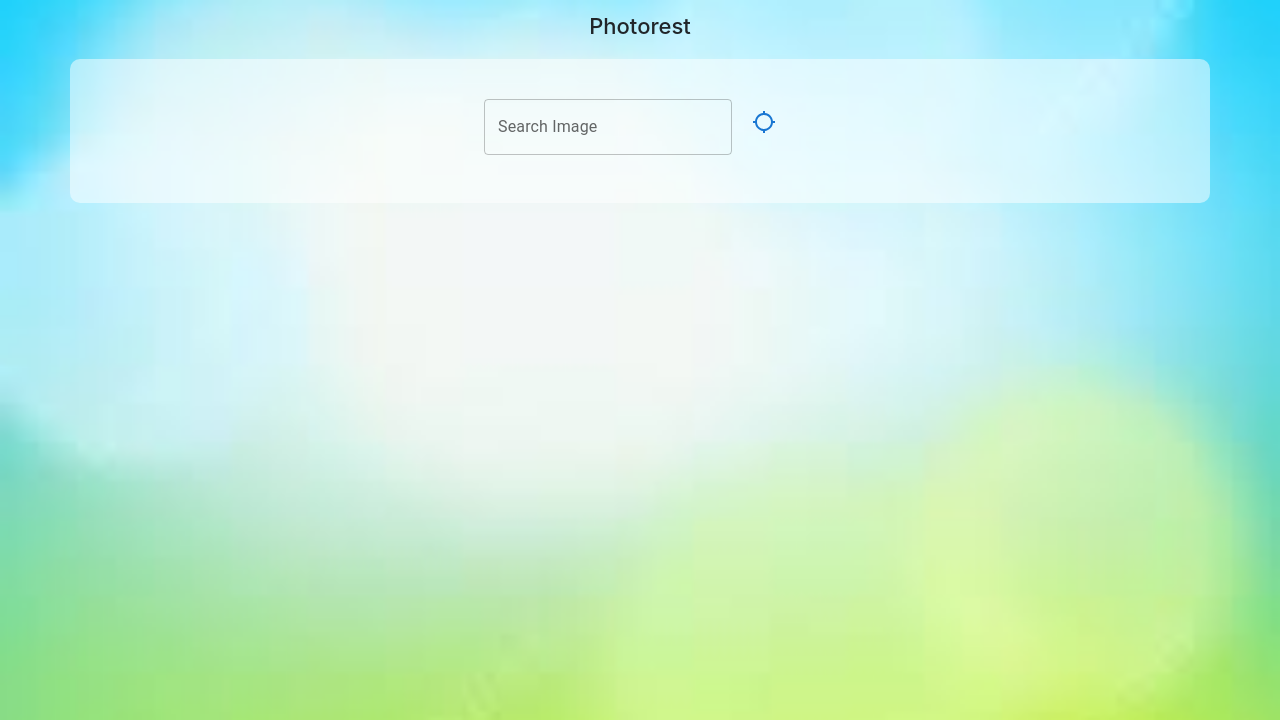
Repository: mohit78911/Snapshot
Page: /
An editor plug-in stored every save of this project. The page is shown before and after a run of saves, followed by the edit.
The browser window is 1280 px wide. The pictures show the whole page.
The project was rebuilt for these pictures with package versions that can differ from the ones it lists, and the page was loaded fresh each time. Also part of the build but not shown: src/snapshot/SnapshotCss.css, src/snapshot/SnapshotTable.js, src/snapshot/SearchBox.css.

Above is the page before, as saved 2023-09-01 15:20:17.

After the next 2 saves:
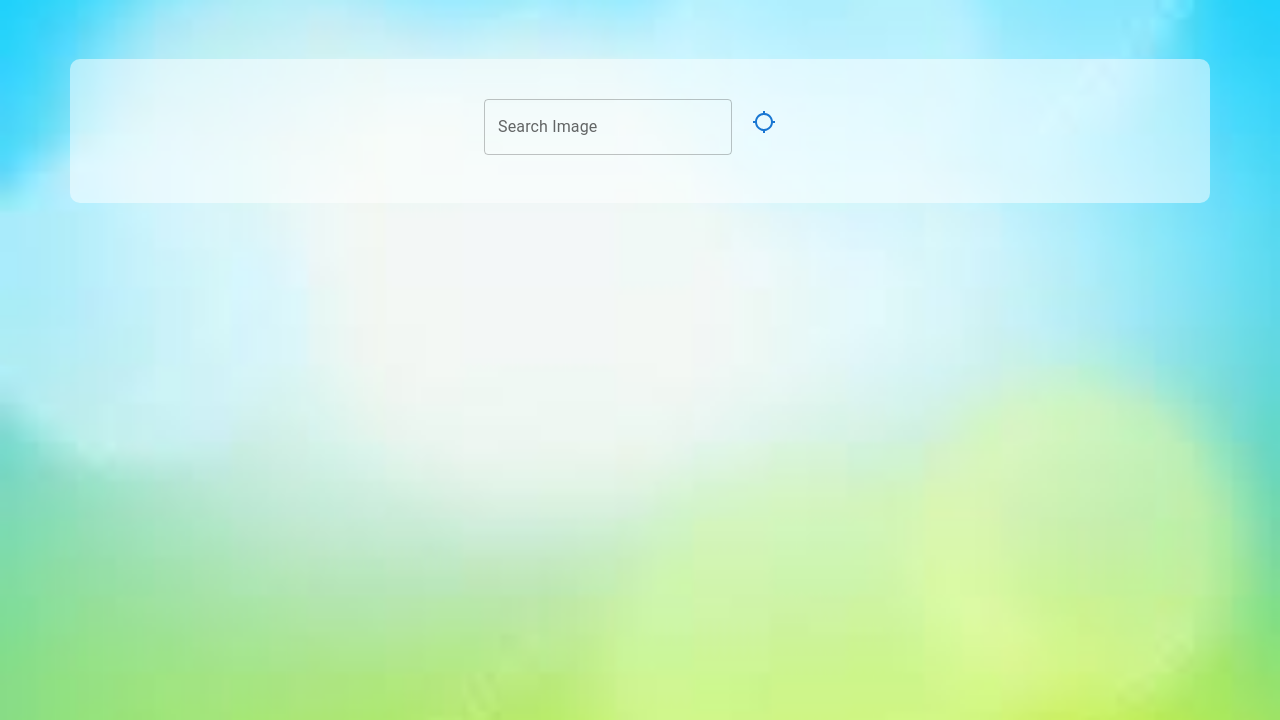
The 2 saves are shown as one change because they came seconds apart.
The last was saved 7 s later.
--- a/src/snapshot/Title.css
+++ b/src/snapshot/Title.css
@@ -1,5 +1,5 @@
 .title{
     margin-top: 1%;
     font-size: 22px;
-
+    color: transparent;
 }
